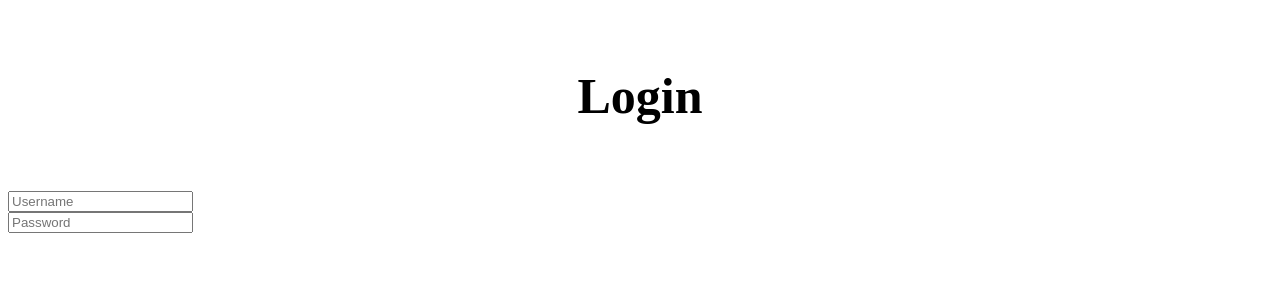
Repository: yhung004/TUTORIAL_PAGE
Page: log_in.html
The author's editor kept a copy of each file at every save. The page is drawn from the files as they stood at one save, then again after the next save.
The browser window is 1280 px wide. The pictures show the whole page.

Above is the page before, as saved 2024-04-10 12:09:13.

### log_in.html
<!DOCTYPE html>
<html lang="en">
<head>
    <meta charset="UTF-8">
    <meta name="viewport" content="width=device-width, initial-scale=1.0">
    <title>Login</title>
    <link rel="stylesheet" href="main.css">
</head>
<body>
    <h4 class="login">Login</h4>
    <input type="text" placeholder="Username" class="username"> <br>
    <input type="text" placeholder="Password" class="password">
</body>
</html>

### main.css
.welcome{
    text-align: center;
    font-family: 'Courier New', Courier, monospace;
    font-size: 30px;
    margin-top: 80px;
}
.welcome_text {
    margin-top: 20px;
    text-align:center;
    font-family: 'Courier New', Courier, monospace;
    font-size: 30px;
}
.button_a {
    position: relative;
    left: 580px;
    border: 1px solid black;
    background-color:white;
    border-radius: 30px;
    font-size: 40px;
    padding: 2px 18px 2px 18px;
    margin-top: 20px;
}
.button_b {
    position: relative;
    right: -600px;
    border : 1px solid black;
    border-radius: 40px;
    background-color: rgb(63, 60, 60);
    color:white;
    font-size: 40px;
    padding: 2px 7px 2px 7px;
    margin-top: 20px;
}
a.button_b1 {
    text-decoration: none;
    color:white;
}
a.button_a1 {
    text-decoration:none;
    color:black;
}
.login {
    text-align:center;
    font-size: 50px;

}

After the next save:
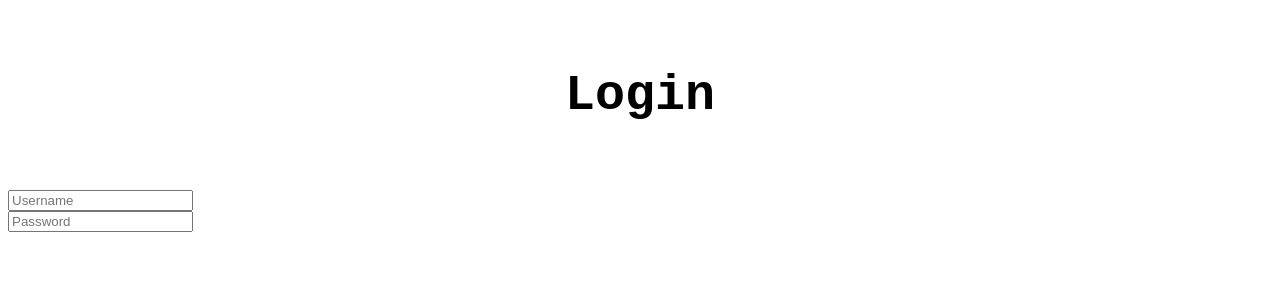
Saved 8 s later.
--- a/main.css
+++ b/main.css
@@ -42,5 +42,5 @@ a.button_a1 {
 .login {
     text-align:center;
     font-size: 50px;
-
+    font-family: monospace;
 }
